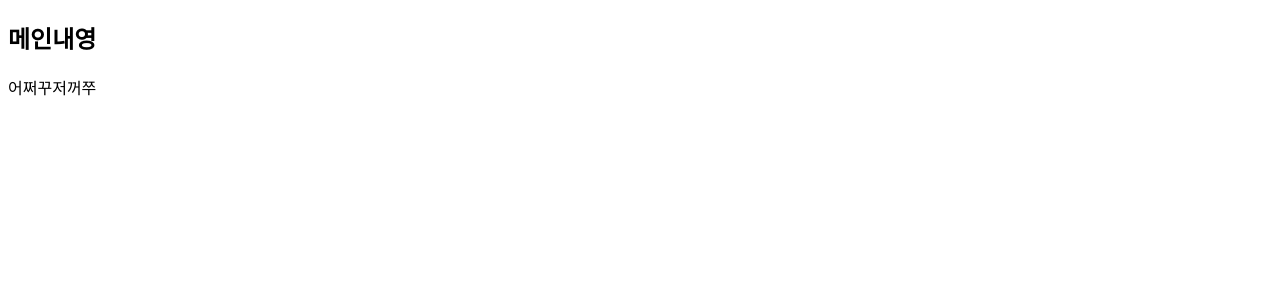
Repository: yongmin0309/mybatis1
Page: http://localhost/eL_JSTL/views/content.jsp
An editor plug-in stored every save of this project. The page is shown before and after the next save, followed by the edit.
The browser window is 1280 px wide. The pictures show the whole page.
The page is served by Tomcat 9.

Above is the page before, as saved 2024-04-20 05:18:55.

After the next save:
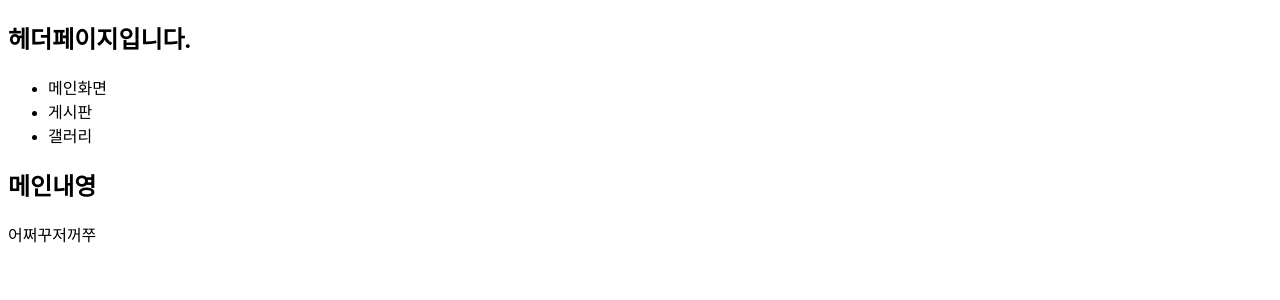
Saved 53 s later.
--- a/work/eL_JSTL/src/main/webapp/views/content.jsp
+++ b/work/eL_JSTL/src/main/webapp/views/content.jsp
@@ -1,5 +1,6 @@
 <%@ page language="java" contentType="text/html; charset=UTF-8"
     pageEncoding="UTF-8"%>
+    <%@include file="/views/common/header.jsp" %>
 <!DOCTYPE html>
 <html>
 <head>
